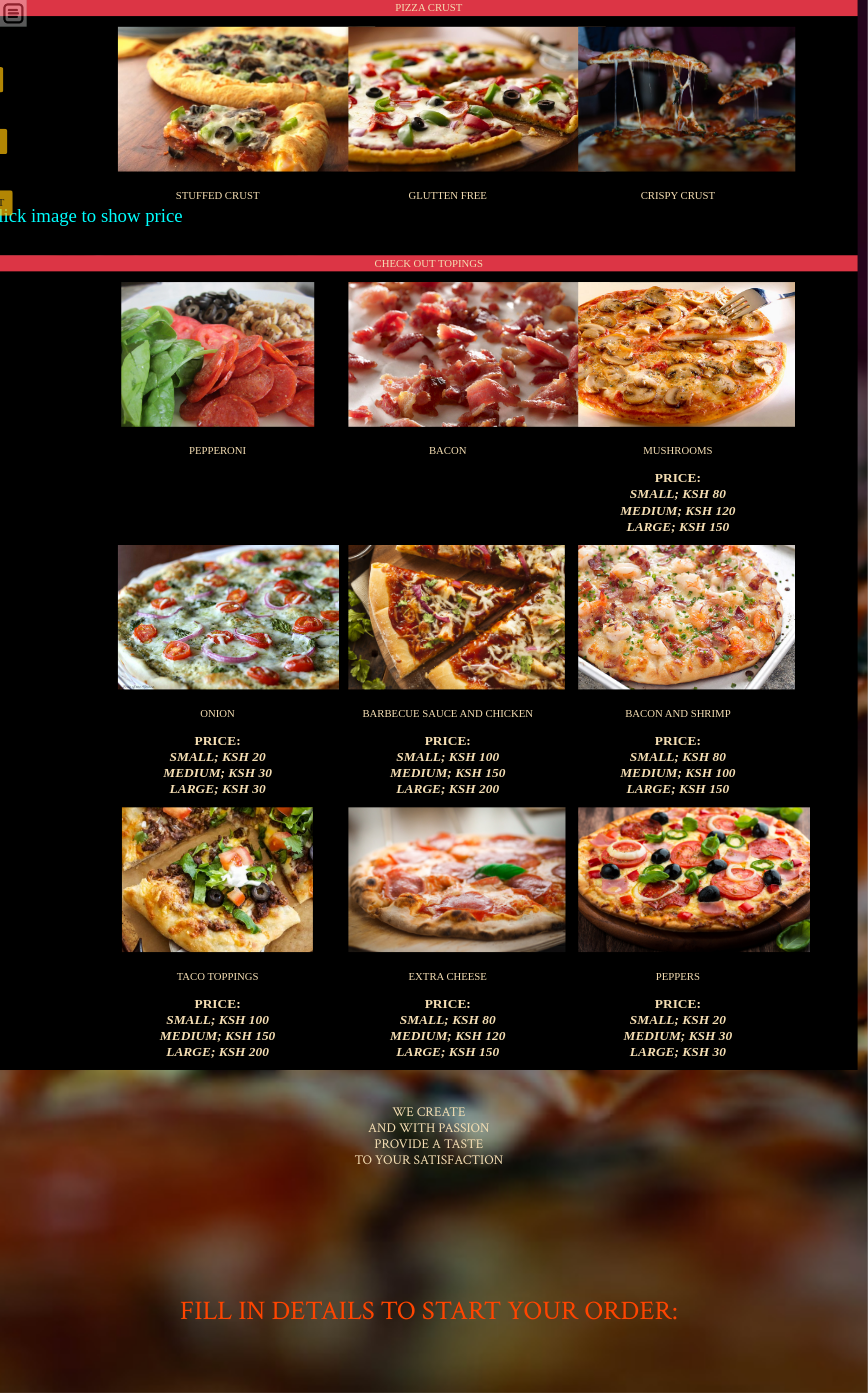
Repository: alexmwaura/MOREO--PIZZA-IP4
Page: mine.html
These files come from the project's save history. The page is drawn as it stood at one moment and after the next save; the edit follows.
The browser window is 1280 px wide. The page is 1295 px wide, so the pictures cover 1295 px, including what lies to the right of the window. The pictures show the whole page, at 67% of full size.
Some web fonts or font styles are not loaded; a fallback is used.

Above is the page before, as saved 2019-09-01 14:51:30.

After the next save:
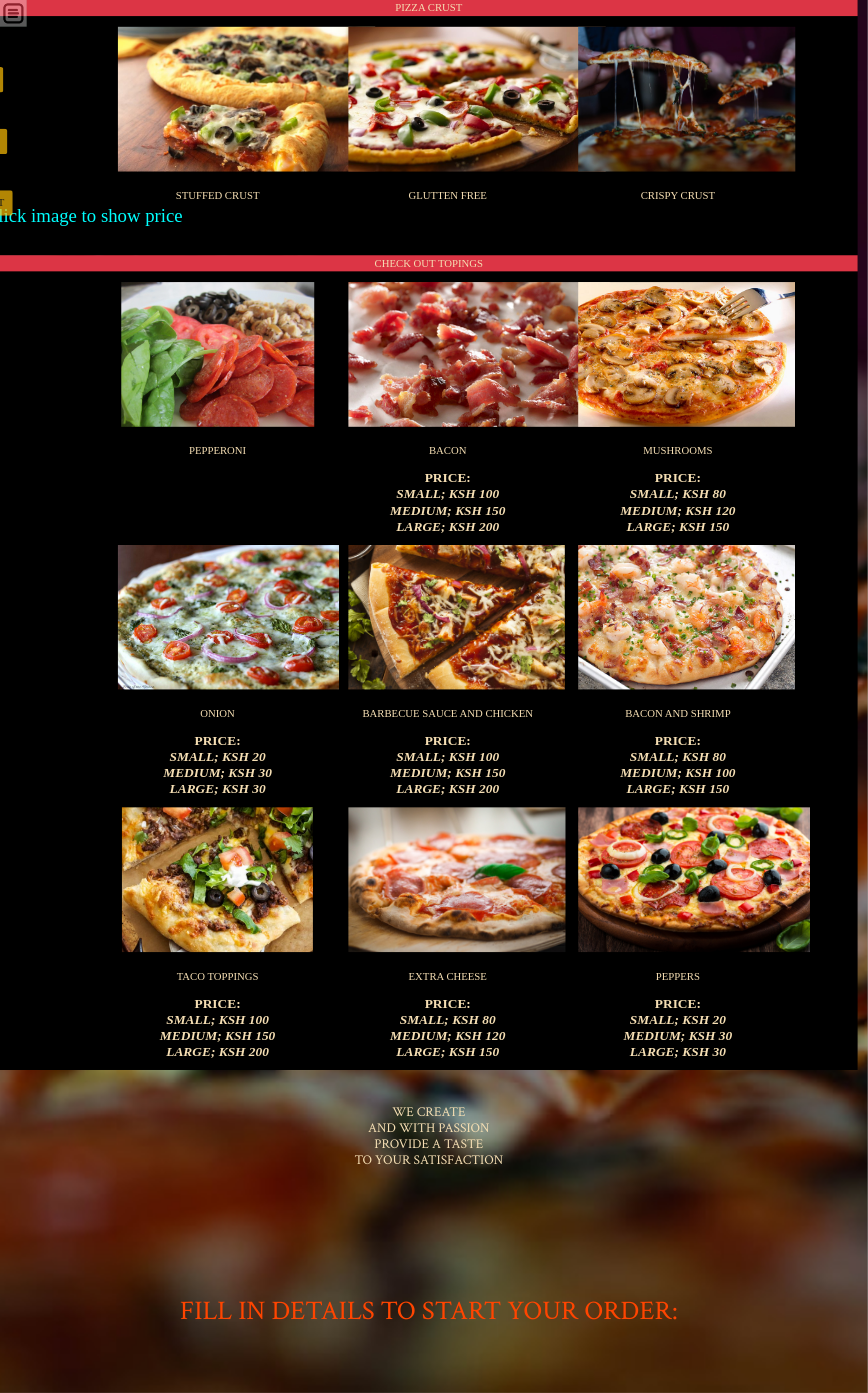
Saved 5 s later.
--- a/mine.html
+++ b/mine.html
@@ -185,7 +185,7 @@
                                 <div class="line">
                                     <p class="trial5">BACON </p>
                                     <p class="p5">
-                                        <h5 class="p1"><strong> PRICE: <br>
+                                        <h5 class="p5"><strong> PRICE: <br>
                                             <em>SMALL; KSH 100</em><br>
                                             <em>MEDIUM; KSH 150</em><br>
                                             <em>LARGE; KSH 200</em>
